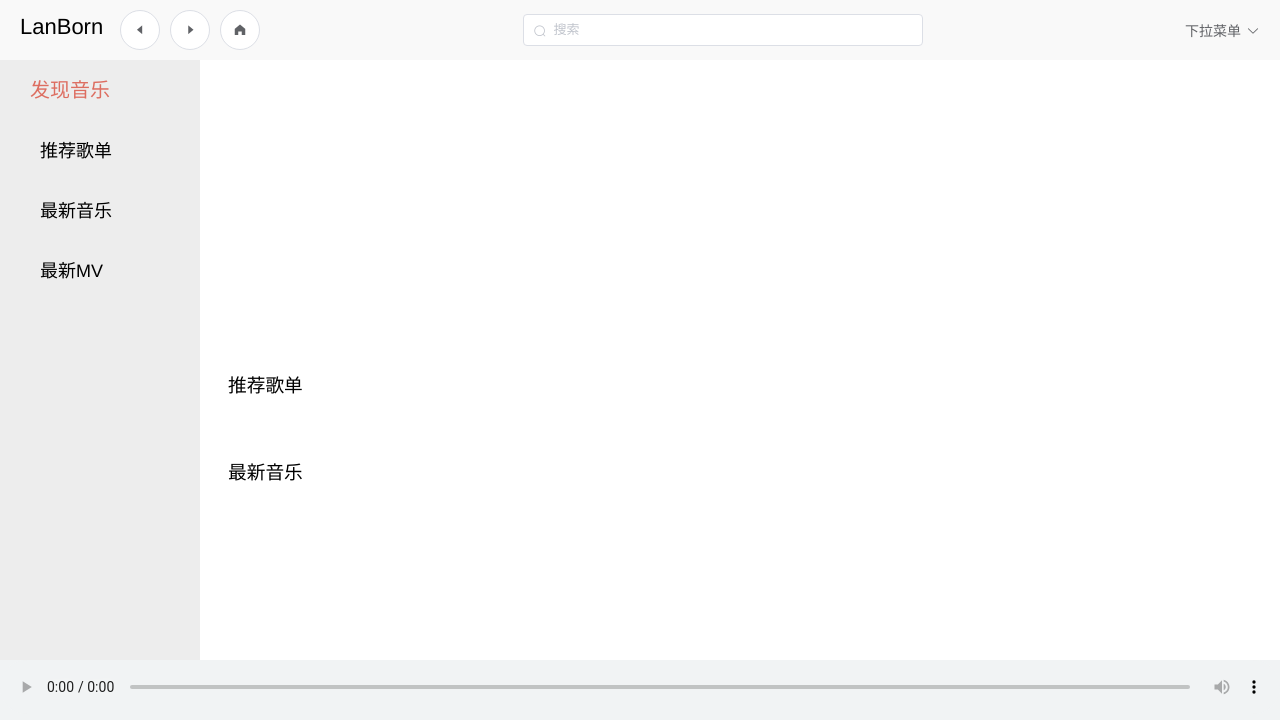
Repository: Lanborn/cloud_music
Page: /
The author's editor kept a copy of each file at every save. The page is drawn from the files as they stood at one save, then again after the next save.
The browser window is 1280 px wide. The pictures show the whole page.
The page's requests for data from a server got no answer. An inner scrolling area shows only its first screen. The project was rebuilt for these pictures with package versions that can differ from the ones it lists, and the page was loaded fresh each time. No one was signed in, and anything a server would have sent is missing. Also part of the build but not shown: vue.config.js, src/components/playlists.vue, src/components/songs.vue, src/components/mvs.vue, src/components/result.vue, src/components/playlist.vue, src/components/mv.vue.

Above is the page before, as saved 2021-12-11 19:26:03.

After the next save:
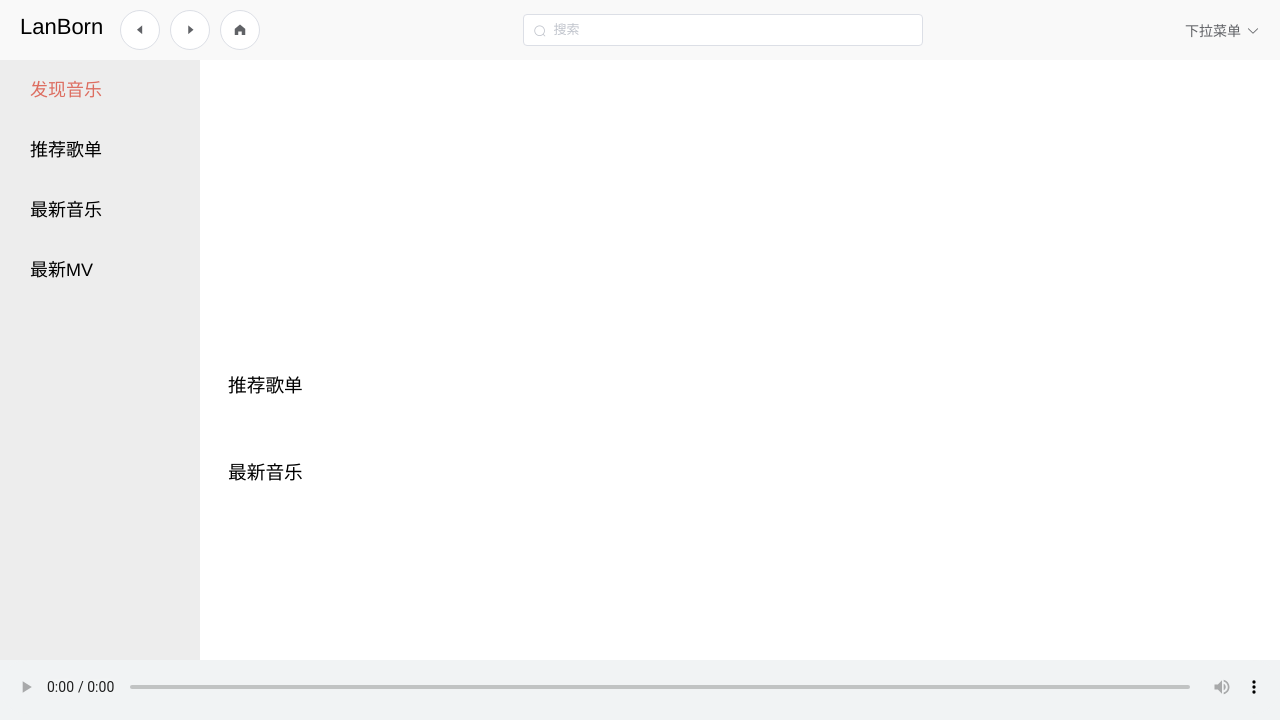
Saved 20 s later.
--- a/src/views/index.vue
+++ b/src/views/index.vue
@@ -85,10 +85,10 @@
     background-color: #e7e7e7;
   }
 
-  .index-container .nav li .iconfont {
+  /* .index-container .nav li .iconfont {
     margin-right: 10px;
     font-size: 20px;
-  }
+  } */
 
   .index-container .nav li a {
     color: black;

After the 2 saves that followed:
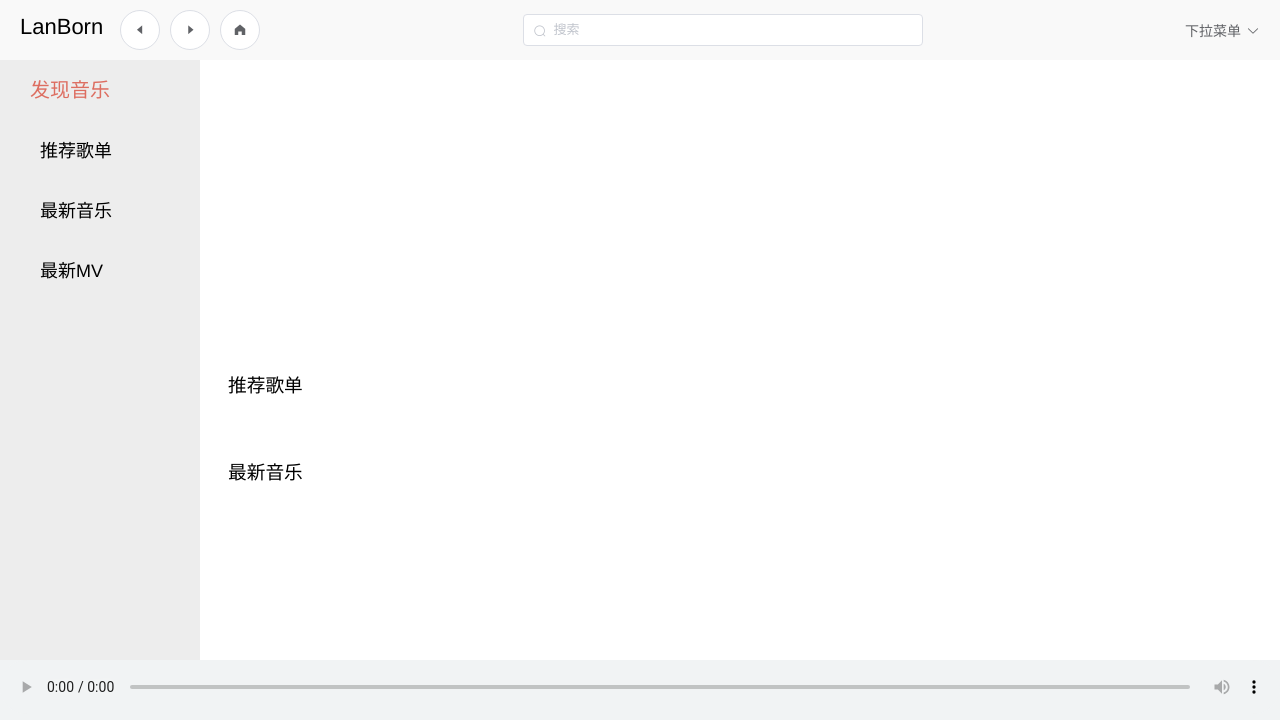
The 2 saves are shown as one change because they came seconds apart.
The last was saved 13 s later.
--- a/src/views/index.vue
+++ b/src/views/index.vue
@@ -64,72 +64,72 @@
 </script>
 
 <style scoped>
-  .index-container {
-    display: flex;
-  }
+.index-container {
+  display: flex;
+}
 
-  .index-container .nav {
-    background-color: #ededed;
-    width: 200px;
-    height: 100%;
-  }
+.index-container .nav {
+  background-color: #ededed;
+  width: 200px;
+  height: 100%;
+}
 
-  .index-container .nav li {
-    height: 60px;
-    cursor: pointer;
-    display: flex;
-    align-items: center;
-  }
+.index-container .nav li {
+  height: 60px;
+  cursor: pointer;
+  display: flex;
+  align-items: center;
+}
 
-  .index-container .nav li:hover {
-    background-color: #e7e7e7;
-  }
+.index-container .nav li:hover {
+  background-color: #e7e7e7;
+}
 
-  /* .index-container .nav li .iconfont {
-    margin-right: 10px;
-    font-size: 20px;
-  } */
+.index-container .nav li .iconfont {
+  margin-right: 10px;
+  font-size: 20px;
+}
 
-  .index-container .nav li a {
-    color: black;
-    padding-left: 30px;
-    font-size: 18px;
-    line-height: 60px;
-    width: 100%;
-    height: 100%;
-  }
+.index-container .nav li a {
+  color: black;
+  padding-left: 30px;
+  font-size: 18px;
+  line-height: 60px;
+  width: 100%;
+  height: 100%;
+}
 
-  .index-container .nav li a.router-link-active {
-    color: #dd6d60;
-  }
+.index-container .nav li a.router-link-active {
+  color: #dd6d60;
+}
 
-  .index-container .nav li a.router-link-active .iconfont {
-    color: #dd6d60;
-  }
+.index-container .nav li a.router-link-active .iconfont {
+  color: #dd6d60;
+}
 
-  .index-container .main {
-    flex: 1;
-    overflow-y: scroll;
-    padding: 10px 20px;
-  }
+.index-container .main {
+  flex: 1;
+  overflow-y: scroll;
+  padding: 10px 20px;
+}
 
-  .index-container .main > div {
-    max-width: 1100px;
-    margin: 0 auto;
-  }
+.index-container .main > div {
+  max-width: 1100px;
+  margin: 0 auto;
+}
 
-  .index-container .player {
-    background: #f1f3f4;
-    height: 60px;
-    position: fixed;
-    bottom: 0;
-    left: 0;
-    width: 100%;
-  }
+.index-container .player {
+  background: #f1f3f4;
+  height: 60px;
+  position: fixed;
+  bottom: 0;
+  left: 0;
+  width: 100%;
+}
 
-  .index-container audio {
-    width: 100%;
-    border-radius: none;
-    outline: none;
-  }
+.index-container audio {
+  width: 100%;
+  border-radius: none;
+  outline: none;
+}
 </style>
